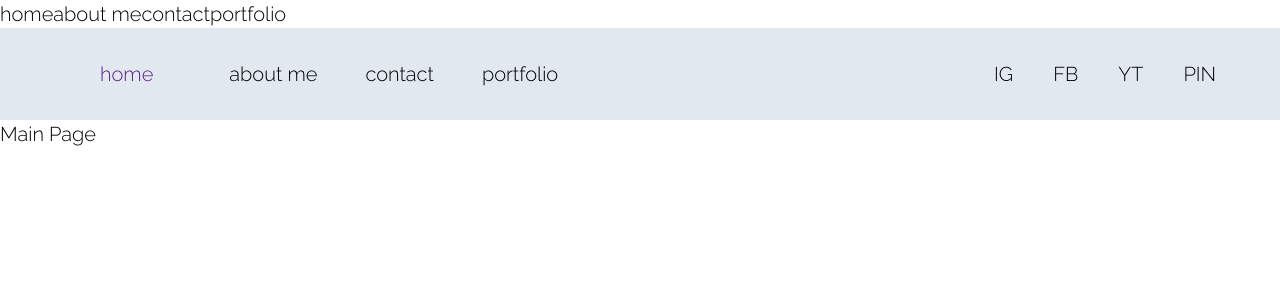
Repository: hubertrh/klaudia-personal-next
Page: /
The author's editor kept a copy of each file at every save. The page is drawn from the files as they stood at one save, then again after the next save.
The browser window is 1280 px wide. The pictures show the whole page.
The project was rebuilt for these pictures with package versions that can differ from the ones it lists, and the page was loaded fresh each time. The framework's server and built-in components were replaced by stand-ins that run in the browser. Also part of the build but not shown: next.config.js.

Above is the page before, as saved 2023-08-11 15:52:32.

After the next save:
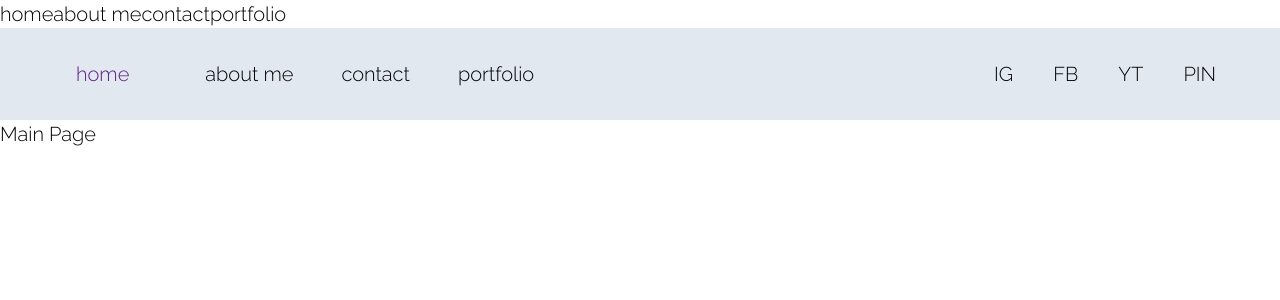
Saved 33 s later.
--- a/app/(site)/layout.tsx
+++ b/app/(site)/layout.tsx
@@ -20,7 +20,7 @@ export default function RootLayout({
       <body className={`${raleway.className} text-xl`}>
         <header className="flex justify-between bg-slate-200 px-16 py-8">
           <nav className="nav">
-            <Link className="!mr-10 px-3 text-primary" href="/">
+            <Link className="!ml-0 !mr-10 px-3 text-primary" href="/">
               home
             </Link>
             <Link href="#!">about me</Link>
